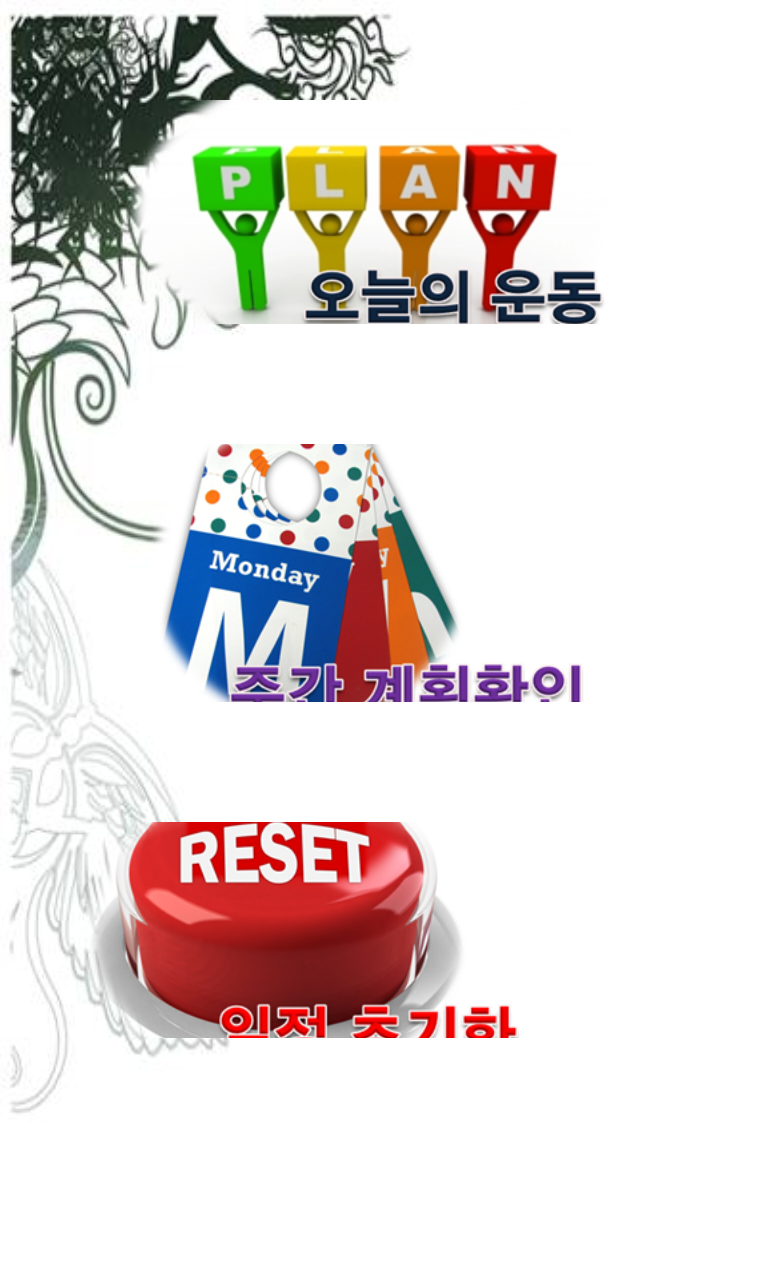
Repository: LewisLim579/2013TeamProject
Layout: PtsApp/res/layout/fschedule.xml
These files come from the project's save history. The layout is drawn as it stood at one moment and after the next save; the edit follows.
It is drawn on a 768 x 1280 px phone screen (xhdpi) without system bars, with theme android:Theme.NoTitleBar.Fullscreen; the app's code is not run.

Above is the layout before, as saved 2013-06-12 14:23:16.

After the next save:
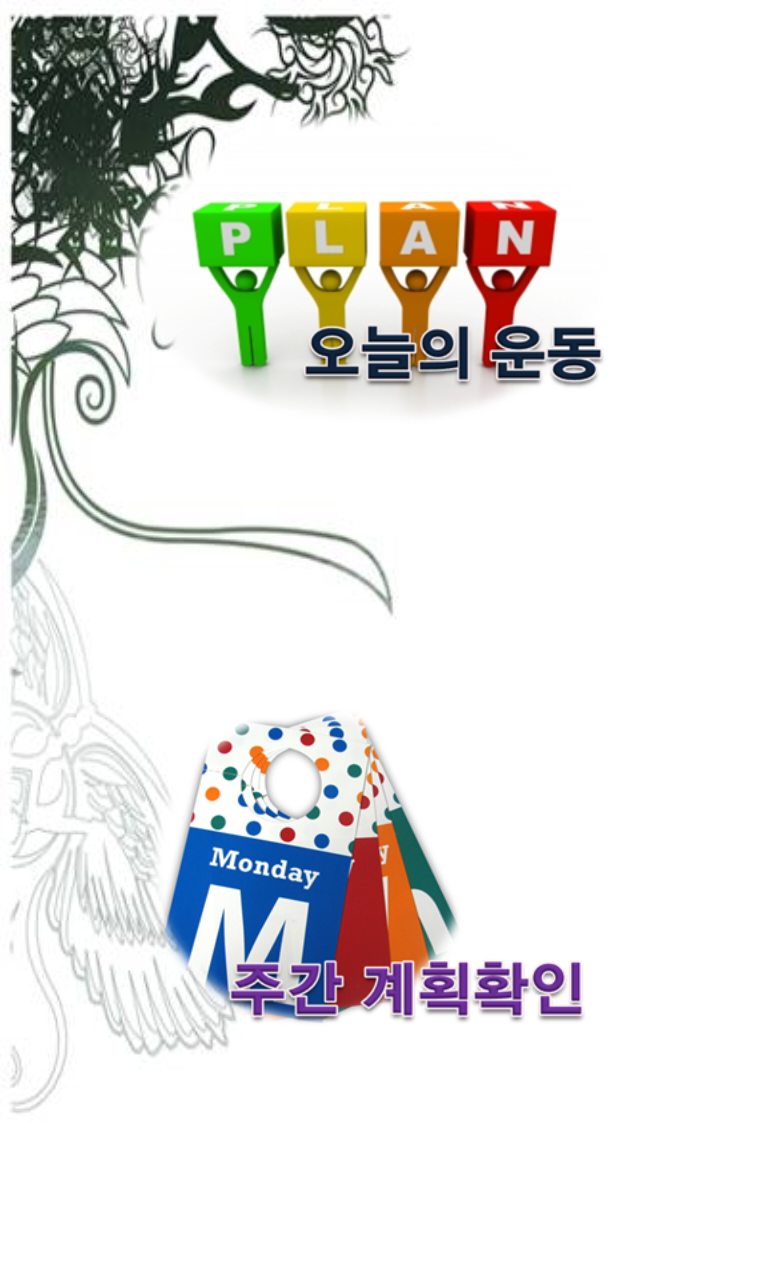
Saved 43 s later.
--- a/PtsApp/res/layout/fschedule.xml
+++ b/PtsApp/res/layout/fschedule.xml
@@ -6,7 +6,7 @@
 
     <LinearLayout
         android:layout_width="match_parent"
-        android:layout_height="172dp"
+        android:layout_height="300dp"
         android:orientation="vertical" >
 
         <ImageButton
@@ -22,7 +22,7 @@
 
    <LinearLayout
        android:layout_width="match_parent"
-       android:layout_height="189dp"
+       android:layout_height="300dp"
        android:orientation="vertical" >
 
        <ImageButton
@@ -38,7 +38,7 @@
 
    <LinearLayout
        android:layout_width="wrap_content"
-       android:layout_height="168dp"
+       android:layout_height="300dp"
        android:orientation="vertical" >
 
        <ImageButton
@@ -48,7 +48,6 @@
            android:layout_gravity="center"
            android:layout_marginBottom="10dp"
            android:layout_marginTop="50dp"
-           android:layout_weight="0.74"
            android:background="#00000000"
            android:src="@drawable/reset" />
    </LinearLayout>
